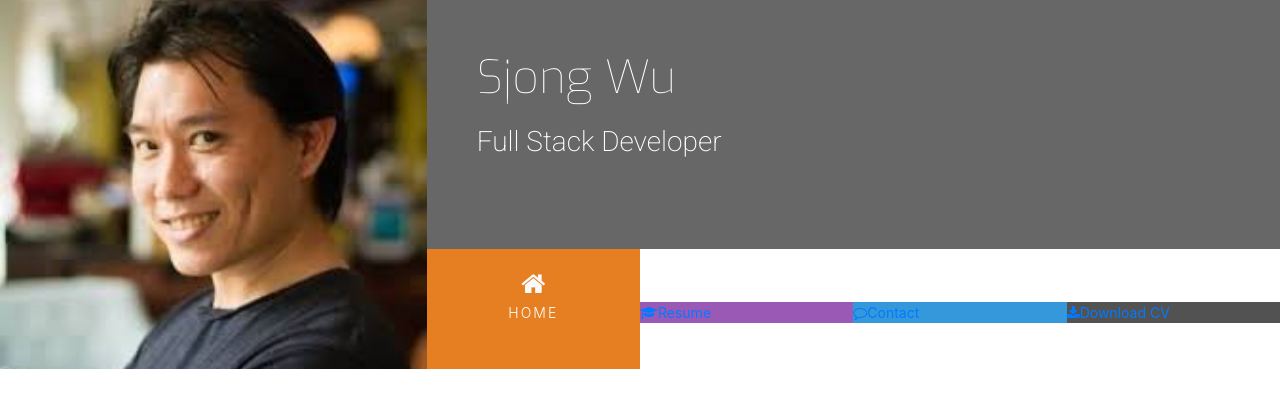
Repository: Scuzeme/codeinstitue-resume-project
Page: index.html
The author's editor kept a record of every edit. The page is drawn from the files as they stood at one moment, then again after the next edit.
The browser window is 1280 px wide. The pictures show the whole page.
Some web libraries are served in a nearby version.

Above is the page before.

### index.html
<!DOCTYPE html>
<html lang="en">
<head>
    <meta charset="UTF-8">
    <meta name="viewport" content="width=device-width, initial-scale=1.0">
    <meta http-equiv="X-UA-Compatible" content="ie=edge">
    <link rel="stylesheet" href="https://maxcdn.bootstrapcdn.com/bootstrap/4.2.1/css/bootstrap.min.css" type="text/css" />
    <link rel="stylesheet" href="https://maxcdn.bootstrapcdn.com/font-awesome/4.7.0/css/font-awesome.min.css" type="text/css" />
    <link rel="stylesheet" href="assets/css/style.css">
    <title>SjongWu</title>
</head>
<body>
    <header>
        <div class="row no-gutters">
            <a class="col-md-4 logo" href="index.html"></a>
            <div class="col-md-8">
                <div class="row no-gutters bg-color-name-title">
                    <div class="col heading">
                        <h1 class="name">Sjong Wu</h1>
                        <h2 class="title"> Full Stack Developer</h2>
                    </div>
                </div>
                <div class="row no-gutters">
                    <div class="col">
                        <ul id="nav" class="list-inline menucontainer">
                            <li class="col-6 col-sm-3 ui-menu-color-home list-inline-item menuitem">
                                <a href="#"><i class="fa fa-home" aria-hidden="true"></i><span>Home</span></a>
                            </li>
                            <li class="col-6 col-sm-3 ui-menu-color-resume list-inline-item">
                                <a href="#"><i class="fa fa-graduation-cap" aria-hidden="true"></i><span>Resume</span></a>
                            </li>
                            <li class="col-6 col-sm-3 ui-menu-color-contact list-inline-item">
                                <a href="#"><i class="fa fa-comment-o" aria-hidden="true"></i><span>Contact</span></a>
                            </li>
                            <li class="col-6 col-sm-3 ui-menu-color-download list-inline-item">
                                <a href="#"><i class="fa fa-download" aria-hidden="true"></i><span>Download CV</span></a>
                            </li>
                        </ul>
                    </div>
                </div>
            </div>
        </div>
    </header>
    <section>

    </section>
    <footer>

    </footer>
</body>
</html>

### assets/css/style.css
@import url('https://fonts.googleapis.com/css?family=Roboto:100,200,300,400,500,600,700|Exo :100,200,300,400,500,600,700');


/*----------------------Colours*/

header {
    margin:0;
}

.logo {
    background:url("../images/sjongwu.jpeg");
    background-position: center;
    background-repeat:no-repeat;
    background-size:cover;
    min-height:360px;
    transition:all .5s ease-in-out;
    -moz-transition:all .5s ease-in-out;
    -webkit-transition:all .5s ease-in-out;
}

.bg-color-name-title {
    background-color:#676767;
}

.heading {
    margin-left:50px;
}

.ui-menu-color-home {
    background-color:#e67e22;
}
.ui-menu-color-resume {
    background-color:#9b59b6;
}
.ui-menu-color-contact {
    background-color:#3498db;
}
.ui-menu-color-download {
    background-color:#525252;
}

/*----------------------Colours*/

.name {
    font-family:"Exo", sans-serif;
    font-weight:100;
    font-size:46px;
    margin-top:50px;
    color:#fff;
}

.title {
    font-family:"Roboto", sans-serif;
    font-weight:200;
    font-size:28px;
    margin-top:20px;
    margin-bottom: 90px;
    color:#fff;
}



.list-inline-item:not(:last-child) {
    margin:0;
}

.menucontainer {
    font-size:0;
}
#nav{
    margin:0;
}


#nav li{
    font-size:14px;
    padding:0;
}

.menuitem{
    height:120px;
    text-align:center;
    padding:0;
}

.menuitem a{
    width:100%;
    text-decoration:none;
    color:#fff;
    height:120px;
}

.menuitem a i {
    padding-top:22px;
    display:block;
    color:#fafafa;
    font-size:26px;
}

.menuitem span{
    display:block;
    width:100%;
    padding-top:5px;
    text-align:center;
    text-transform:uppercase;
    font-size:14px;
    font-weight:300;
    letter-spacing:2px;
}


/*----hover.css*/

.hvr-sweep-to-bottom:before{
    background-color:rgba(0,0,0,0.2);
    height:120px;
}

After the next edit:
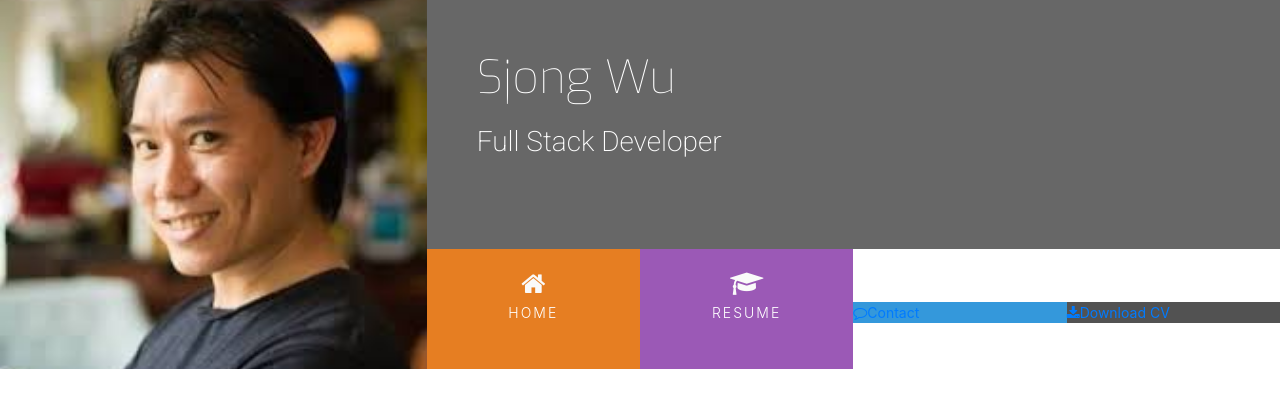
The edit:
--- a/index.html
+++ b/index.html
@@ -26,7 +26,7 @@
                             <li class="col-6 col-sm-3 ui-menu-color-home list-inline-item menuitem">
                                 <a href="#"><i class="fa fa-home" aria-hidden="true"></i><span>Home</span></a>
                             </li>
-                            <li class="col-6 col-sm-3 ui-menu-color-resume list-inline-item">
+                            <li class="col-6 col-sm-3 ui-menu-color-resume list-inline-item menuitem">
                                 <a href="#"><i class="fa fa-graduation-cap" aria-hidden="true"></i><span>Resume</span></a>
                             </li>
                             <li class="col-6 col-sm-3 ui-menu-color-contact list-inline-item">
